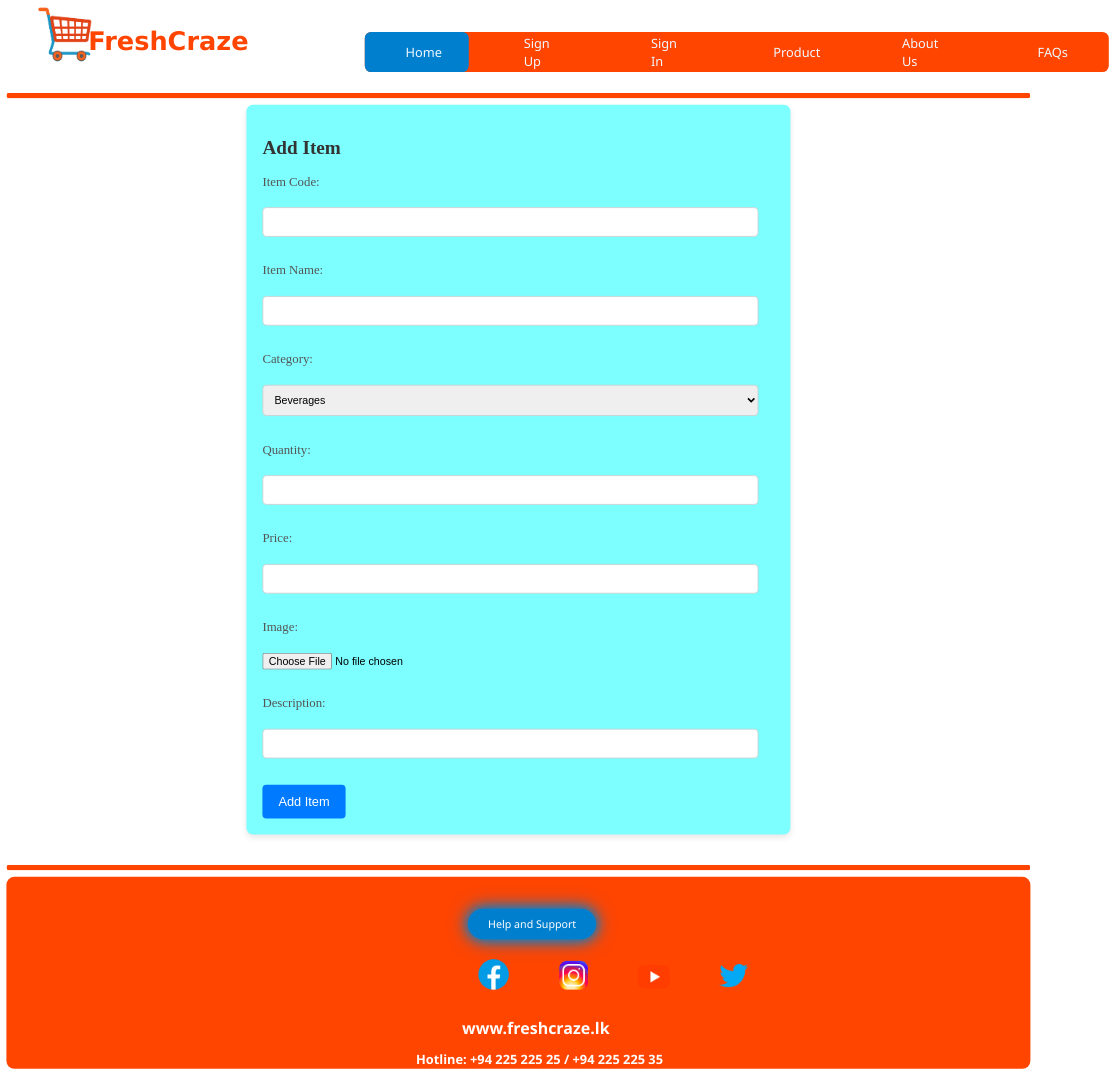
Repository: shanika2002/FreshCraze
Page: http://localhost/itemDem/updateItem.jsp
The author's editor kept a copy of each file at every save. The page is drawn from the files as they stood at one save, then again after the next save.
The browser window is 1280 px wide. The page is 1386 px wide, so the pictures cover 1386 px, including what lies to the right of the window. The pictures show the whole page, at 80% of full size.
The page is served by Tomcat 9. Other server files are loaded and not shown.

Above is the page before, as saved 2024-05-11 06:53:50.

### itemDem/src/main/webapp/updateItem.jsp
<%@ page language="java" contentType="text/html; charset=ISO-8859-1"
    pageEncoding="ISO-8859-1"%>
<!DOCTYPE html>
<html>
<head>
<link rel = "stylesheet" href = "css/updateItem.css">
<meta charset="ISO-8859-1">
<title>Insert title here</title>
</head>
<body>

<img src="images\logo.png" class="logo" >

    <h1 class="logo_topic">FreshCraze</h1>

    <nav class="navbar">
        <a href="Home.jsp">Home</a>
        <a href="register.jsp">Sign Up</a>
        <a href="mainLogin.jsp">Sign In</a>
        <a href="addItem.jsp">Product</a>
        <a href="link">About Us</a>
        <a href="link">FAQs</a>
        <span></span>
    </nav>

<hr class="topic_line">


<div class="container">
<h2>Add Item</h2>
    <form action="updateItem" method="post" >
        <label for="item_code">Item Code:</label><br>
        <input type="text" id="item_code" name="itemCode" required value="${param.itemCode}"><br><br>

        <label for="item_name">Item Name:</label><br>
        <input type="text" id="item_name" name="itemName" required value="${param.itemName}"><br><br>

        <label for="category">Category:</label><br>
        <select id="category" name="category" required value="${param.category}">
            <option value="Beverages">Beverages</option>
            <option value="Choco & Snacks">Choco & Snacks</option>
            <option value="Food-Staples">Food-Staples</option>
            <option value="Laundry & Household">Laundry & Household</option>

        </select><br><br>

        <label for="quantity">Quantity:</label><br>
        <input type="number" id="quantity" name="quantity" min="0" required value="${param.quantity}"><br><br>

        <label for="price">Price:</label><br>
        <input type="text" id="price" name="price" required value="${param.price}"><br><br>

        <label for="image">Image:</label><br>
        <input type="file" id="image" name="image" value="${param.image}"><br><br>

        <label for="description">Description:</label><br>
        <input type="text" name="description"  required value="${param.description }"><br><br>

        <input type="submit" value="Add Item">
    </form>
</div>

<hr class="footer_line">

<div class="footer">
    <a href="link" target="_blank">
    <button type="button" class="help_button">Help and Support</button>
    </a>

    <div class="fb_icon">
        <a href="https://www.facebook.com/" target="_blank"><img src="images/facebook.png"></a>
    </div>

    <div class="insta_icon">
        <a href="https://www.instagram.com/" target="_blank"><img src="images/insta.png"></a>
    </div>

    <div class="twitt_icon">
        <a href="https://www.twitter.com/" target="_blank"><img src="images/Twitter.png"></a>
    </div>

    <div class="yt_icon">
        <a href="https://www.youtube.com/" target="_blank"><img src="images/yt.png"></a>
    </div>
</div>

<div class="contacts">
    <h1 class="link">www.freshcraze.lk</h1>
    <h1>Hotline: +94 225 225 25 / +94 225 225 35</h1>
</div>


</body>
</html>

### itemDem/src/main/webapp/css/updateItem.css
@charset "ISO-8859-1";

body{
    background-color: #ffffff;
    background-repeat: no-repeat;
    background-attachment: fixed;
    background-position: center;
    width: 100%;
}

.logo{
    width: 70px;
    height: 70px;
    margin-left: 3%;
}

.logo_topic{
    font-family: verdana;
    margin-left: 8%;
    margin-top: -3.9%;
    color: orangered;
}

.navbar{
    margin-left:35%;
    margin-top:-4%;
    padding: 0;
    box-sizing: border-box;
    font-family: 'Segoe UI';
    display: flex;
    justify-content:center;
    align-items: center;
    min-height: 5vh;

    position:relative;
    background-color: orangered;
    border-radius: 8px;
    width: 930px;
    height: 50px;
    display: flex;
}

nav a{
    position: relative;
    display: inline-block;
    font-size: 1em;
    font-weight: 500;
    color: aliceblue;
    text-decoration: none;
    padding: 51px;
    z-index: 1;
}

nav span{
    position: absolute;
    top: 0;
    left: 0;
    width: 130px;
    height: 100%;
    background-color:rgb(0, 127, 206);
    border-radius: 8px;
    transition: .3s;
}

nav a:nth-child(1):hover~span{
    left: 0;
    width: 400;
}

nav a:nth-child(2):hover~span{
    left: 170px;
    width: 110px;
}

nav a:nth-child(3):hover~span{
    left:300px;
    width: 110px;
}

nav a:nth-child(4):hover~span{
    left: 450px;
    width: 150px;
}

nav a:nth-child(5):hover~span{
    left: 650px;
    width: 110px;
}

nav a:nth-child(6):hover~span{
    left: 805px;
    width: 125px;
}



.topic_line{
    border: none;
    margin-top: 2%;
    border-top: 7px solid orangered;
    border-radius: 10px;
}

.help_button{
    box-shadow:0 0 15px rgb(0, 127, 206),0 0 25px rgb(0, 127, 206);
    border: none;
    width: 160px;
    margin-left: 44%;
    font-family: 'Segoe UI';
    padding: 10px 12px;
    color: #ffffff;
    background-color:rgb(0, 127, 206);
    border-radius: 20px;
}

.help_button:hover{
    box-shadow: 0 0 25px rgb(0, 127, 206);
}

.fb_icon{
    margin-left: 560px;
    margin-top: 20px;
}

.insta_icon{
    margin-left: 660px;
    margin-top: -51px;
}

.yt_icon{
    margin-left: 760px;
    margin-top: -51px;
}

.twitt_icon{
    margin-left: 860px;
    margin-top: -51px;
}

.container {
    width: 50%;
    margin: 0 auto;
    padding: 20px;
    border-radius: 8px;
    background-color: #7dffff;
    box-shadow: 0 4px 8px rgba(0, 0, 0, 0.1);
}

h2 {
    margin-bottom: 20px;
    color: #333;
}

form {
    width: 100%;
}

label {
    display: block;
    margin-bottom: 5px;
    color: #555;
}

input[type="text"],
input[type="number"],
select,
textarea {
    width: calc(100% - 20px);
    padding: 10px;
    margin-bottom: 15px;
    border: 1px solid #ccc;
    border-radius: 5px;
    box-sizing: border-box;
}

input[type="file"] {
    margin-bottom: 15px;
}

input[type="submit"] {
    background-color: #007bff;
    color: #fff;
    padding: 12px 20px;
    border: none;
    border-radius: 5px;
    cursor: pointer;
    font-size: 16px;
}

input[type="submit"]:hover {
    background-color: #0056b3;
}


select option:checked {
    font-weight: bold;
    color: #007bff;
}


.footer{
    height: 200px;
    background-color: orangered;
    padding-top: 40px;
    padding-left: 25px;
    border-radius: 10px;
}

.footer_line{
    border: none;
    margin-top: 3%;
    border-top: 7px solid orangered;
    border-radius: 10px;
}

.contacts{
    font-size: 8px;
    color:rgb(255, 255, 255);
    font-family: 'Segoe UI';
    margin-left: 40%;
    margin-top: -5%;
}

.link{
    font-size: 20px ;
    margin-top: -6%;
    margin-left: 7.5%;
}

After the next save:
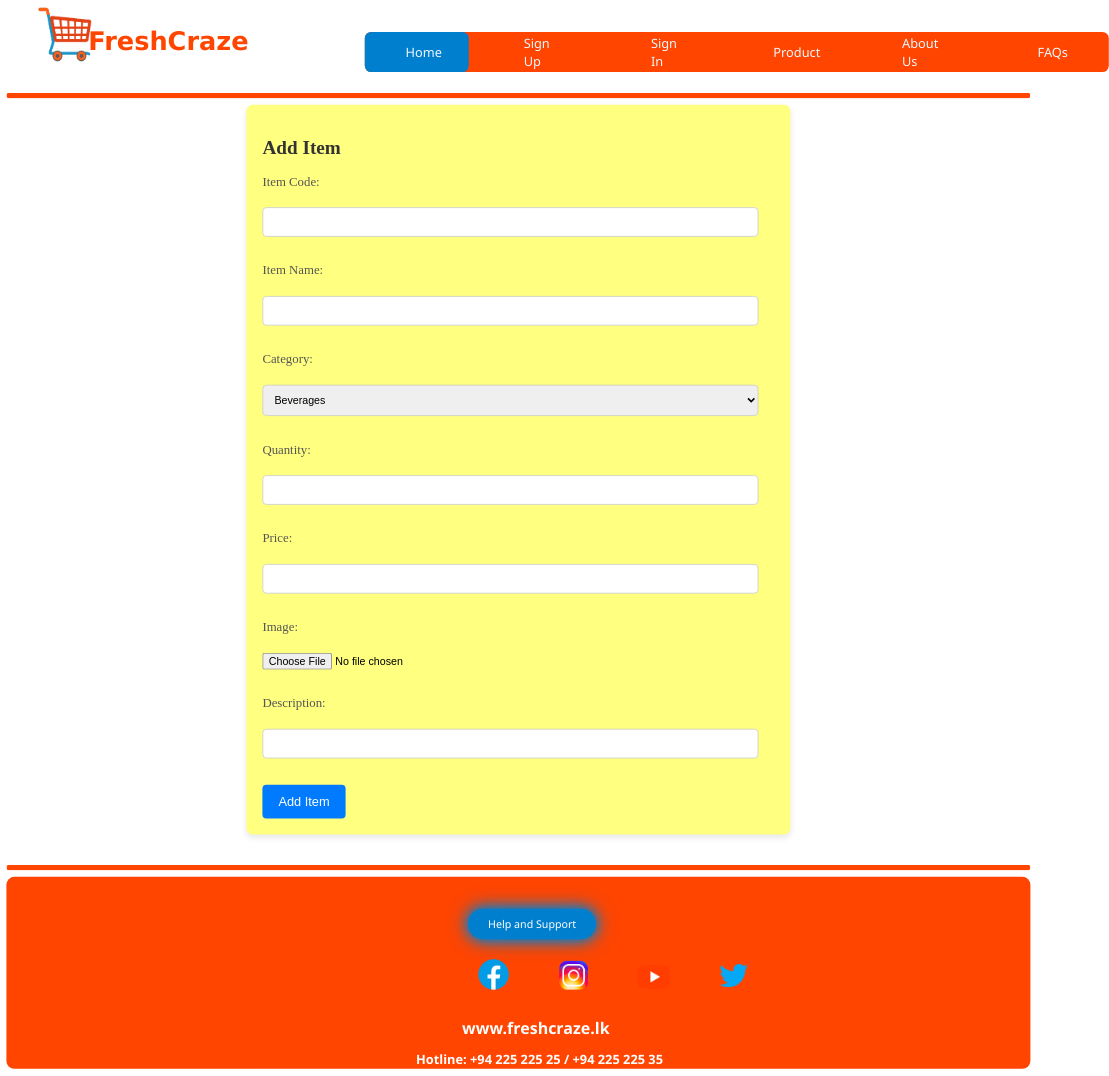
Saved 27 s later.
--- a/itemDem/src/main/webapp/css/updateItem.css
+++ b/itemDem/src/main/webapp/css/updateItem.css
@@ -142,7 +142,7 @@ nav a:nth-child(6):hover~span{
     margin: 0 auto;
     padding: 20px;
     border-radius: 8px;
-    background-color: #7dffff;
+    background-color: #ffff80;
     box-shadow: 0 4px 8px rgba(0, 0, 0, 0.1);
 }
 
